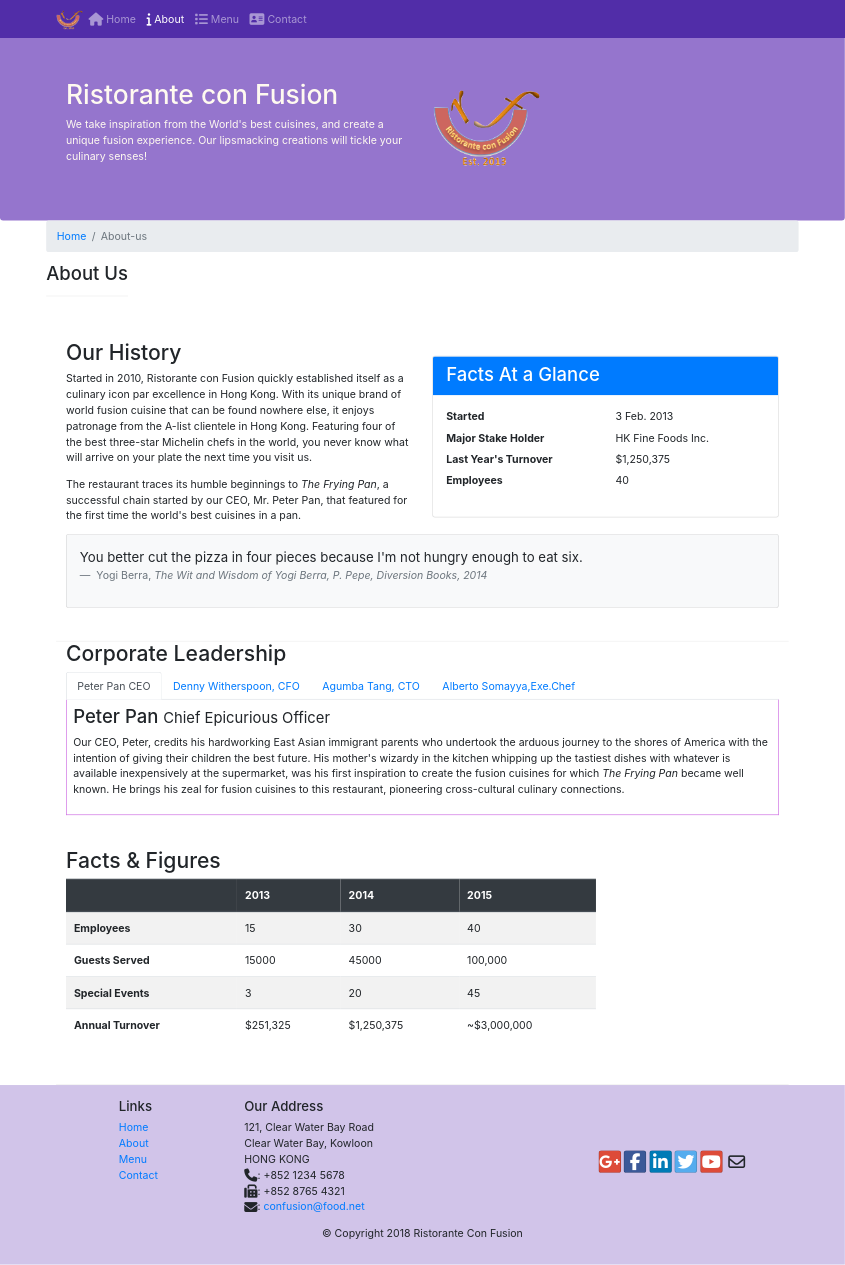
Repository: Samkiroko/Boostrap_intro
Page: about-us.html
An editor plug-in stored every save of this project. The page is shown before and after the next save, followed by the edit.
The browser window is 1280 px wide. The pictures show the whole page, at 66% of full size.
Some web libraries are served in a nearby version.

Above is the page before, as saved 2020-02-05 10:57:08.

### about-us.html
<!DOCTYPE html>
<html lang="en">
  <head>
    <!-- Required meta tags -->
    <meta charset="utf-8" />
    <meta
      name="viewport"
      content="width=device-width, initial-scale=1, shrink-to-fit=no"
    />

    <!-- Bootstrap CSS -->
    <link
      rel="stylesheet"
      href="https://stackpath.bootstrapcdn.com/bootstrap/4.4.1/css/bootstrap.min.css"
      integrity="sha384-Vkoo8x4CGsO3+Hhxv8T/Q5PaXtkKtu6ug5TOeNV6gBiFeWPGFN9MuhOf23Q9Ifjh"
      crossorigin="anonymous"
    />
    <link rel="stylesheet" href="css/bootstrap-social.css" />
    <link
      rel="stylesheet"
      href="node_modules/font-awesome/css/font-awesome.min.css"
    />
    <link
      rel="stylesheet"
      href="node_modules/bootstrap-social/bootstrap-social.css"
    />
    <link rel="stylesheet" href="css/style.css" />
    <title>Ristorante Con Fusion</title>
  </head>

  <body>
    <nav class="navbar navbar-dark navbar-expand-sm  fixed-top">
      <div class="container">
        <button
          class="navbar-toggler"
          type="button"
          data-toggle="collapse"
          data-target="#Navbar"
        >
          <span class="navbar-toggler-icon"></span>
        </button>
        <a href="#" class="navbar-brand mr-auto"
          ><img src="img/logo.png" height="30" width="41" alt=""
        /></a>
        <div class="collapse navbar-collapse" id="Navbar">
          <ul class="navbar-nav mr-auto">
            <li class="nav-item">
              <a class="nav-link" href="./index.html"
                ><span class="fa fa-home fa-lg"></span> Home</a
              >
            </li>
            <li class="nav-item active">
              <a class="nav-link" href="#"
                ><span class="fa fa-info fa-lg"></span> About</a
              >
            </li>
            <li class="nav-item">
              <a class="nav-link" href="#"
                ><span class="fa fa-list fa-lg"></span> Menu</a
              >
            </li>
            <li class="nav-item">
              <a class="nav-link" href="/contactus.html"
                ><span class="fa fa-address-card fa-lg"></span> Contact</a
              >
            </li>
          </ul>
        </div>
      </div>
    </nav>
    <header class="jumbotron">
      <div class="container">
        <div class="row row-header">
          <div class="col-12 col-sm-6">
            <h1>Ristorante con Fusion</h1>
            <p>
              We take inspiration from the World's best cuisines, and create a
              unique fusion experience. Our lipsmacking creations will tickle
              your culinary senses!
            </p>
          </div>
          <div class="col-12 col-sm align-self-center">
            <img src="img/logo.png" alt="Ristorante logo" class="img-fluid" />
          </div>
        </div>
      </div>
    </header>

    <div class="container">
      <div class="row">
        <ol class="col-12 breadcrumb">
          <li class="breadcrumb-item"><a href="/index.html">Home</a></li>
          <li class="breadcrumb-item active">About-us</li>
        </ol>
        <div>
          <h3>About Us</h3>
          <hr />
        </div>
      </div>

      <div class="row row-content align-items-center">
        <div class="col-12 col-sm-6">
          <h2>Our History</h2>
          <p>
            Started in 2010, Ristorante con Fusion quickly established itself as
            a culinary icon par excellence in Hong Kong. With its unique brand
            of world fusion cuisine that can be found nowhere else, it enjoys
            patronage from the A-list clientele in Hong Kong. Featuring four of
            the best three-star Michelin chefs in the world, you never know what
            will arrive on your plate the next time you visit us.
          </p>
          <p>
            The restaurant traces its humble beginnings to
            <em>The Frying Pan</em>, a successful chain started by our CEO, Mr.
            Peter Pan, that featured for the first time the world's best
            cuisines in a pan.
          </p>
        </div>
        <div class="col-12 col-sm-6">
          <div class="card">
            <h3 class="card-header bg-primary text-white">Facts At a Glance</h3>
            <div class="card-body">
              <dl class="row">
                <dt class="col-6">Started</dt>
                <dd class="col-6">3 Feb. 2013</dd>
                <dt class="col-6">Major Stake Holder</dt>
                <dd class="col-6">HK Fine Foods Inc.</dd>
                <dt class="col-6">Last Year's Turnover</dt>
                <dd class="col-6">$1,250,375</dd>
                <dt class="col-6">Employees</dt>
                <dd class="col-6">40</dd>
              </dl>
            </div>
          </div>
        </div>
        <div class="col-12">
          <div class="card card-body bg-light">
            <blockquote class="blockquote">
              <p class="mb-0">
                You better cut the pizza in four pieces because I'm not hungry
                enough to eat six.
              </p>
              <footer class="blockquote-footer">
                Yogi Berra,
                <cite title="Source Title"
                  >The Wit and Wisdom of Yogi Berra, P. Pepe, Diversion Books,
                  2014</cite
                >
              </footer>
            </blockquote>
          </div>
        </div>
      </div>

      <div class="col">
        <div>
          <h2>Corporate Leadership</h2>
          <ul class="nav nav-tabs">
            <li class="nav-item">
              <a
                href="#peter"
                class="nav-link active"
                role="tab"
                data-toggle="tab"
              >
                Peter Pan CEO
              </a>
            </li>
            <li class="nav-item">
              <a href="#danny" class="nav-link" role="tab" data-toggle="tab">
                Denny Witherspoon, CFO
              </a>
            </li>
            <li class="nav-item">
              <a href="#agumba" class="nav-link " role="tab" data-toggle="tab">
                Agumba Tang, CTO
              </a>
            </li>
            <li class="nav-item">
              <a href="#alberto" class="nav-link " role="tab" data-toggle="tab">
                Alberto Somayya,Exe.Chef
              </a>
            </li>
          </ul>
          <div class="tab-content">
            <div role="tabpanel" class="tab-pane fade show active" id="peter">
              <h3>Peter Pan <small>Chief Epicurious Officer</small></h3>
              <p class="d-none d-sm-block">
                Our CEO, Peter, credits his hardworking East Asian immigrant
                parents who undertook the arduous journey to the shores of
                America with the intention of giving their children the best
                future. His mother's wizardy in the kitchen whipping up the
                tastiest dishes with whatever is available inexpensively at the
                supermarket, was his first inspiration to create the fusion
                cuisines for which
                <em>The Frying Pan</em> became well known. He brings his zeal
                for fusion cuisines to this restaurant, pioneering
                cross-cultural culinary connections.
              </p>
            </div>
            <div role="tabpanel" class="tab-pane fade show " id="danny">
              <h3>
                Dhanasekaran Witherspoon <small>Chief Food Officer</small>
              </h3>
              <p class="d-none d-sm-block">
                Our CFO, Danny, as he is affectionately referred to by his
                colleagues, comes from a long established family tradition in
                farming and produce. His experiences growing up on a farm in the
                Australian outback gave him great appreciation for varieties of
                food sources. As he puts it in his own words,
                <em
                  >Everything that runs, wins, and everything that stays,
                  pays!</em
                >
              </p>
            </div>
            <div role="tabpanel" class="tab-pane fade show " id="agumba">
              <h3>Agumbe Tang <small>Chief Taste Officer</small></h3>
              <p class="d-none d-sm-block">
                Blessed with the most discerning gustatory sense, Agumbe, our
                CTO, personally ensures that every dish that we serve meets his
                exacting tastes. Our chefs dread the tongue lashing that ensues
                if their dish does not meet his exacting standards. He lives by
                his motto,
                <em>You click only if you survive my lick.</em>
              </p>
            </div>
            <div role="tabpanel" class="tab-pane fade show " id="alberto">
              <h3>Alberto Somayya <small>Executive Chef</small></h3>
              <p class="d-none d-sm-block">
                Award winning three-star Michelin chef with wide International
                experience having worked closely with whos-who in the culinary
                world, he specializes in creating mouthwatering Indo-Italian
                fusion experiences. He says,
                <em
                  >Put together the cuisines from the two craziest cultures, and
                  you get a winning hit! Amma Mia!</em
                >
              </p>
            </div>
          </div>
        </div>
      </div>
      <div class="row row-content">
        <div class="col-12 col-sm-9">
          <h2>Facts &amp; Figures</h2>
          <div class="table-responsive">
            <table class="table table-striped">
              <thead class="thead-dark">
                <tr>
                  <th>&nbsp;</th>
                  <th>2013</th>
                  <th>2014</th>
                  <th>2015</th>
                </tr>
              </thead>
              <tbody>
                <tr>
                  <th>Employees</th>
                  <td>15</td>
                  <td>30</td>
                  <td>40</td>
                </tr>
                <tr>
                  <th>Guests Served</th>
                  <td>15000</td>
                  <td>45000</td>
                  <td>100,000</td>
                </tr>
                <tr>
                  <th>Special Events</th>
                  <td>3</td>
                  <td>20</td>
                  <td>45</td>
                </tr>
                <tr>
                  <th>Annual Turnover</th>
                  <td>$251,325</td>
                  <td>$1,250,375</td>
                  <td>~$3,000,000</td>
                </tr>
              </tbody>
            </table>
          </div>
        </div>
        <div class="col-12 colsm3"></div>
      </div>
    </div>

    <footer class="footer">
      <div class="container">
        <div class="row">
          <div class="col-4 offset-1 col-sm-2">
            <h5>Links</h5>
            <ul class="list-unstyled">
              <li><a href="/index.html">Home</a></li>
              <li><a href="/about-us.html">About</a></li>
              <li><a href="#">Menu</a></li>
              <li><a href="#">Contact</a></li>
            </ul>
          </div>
          <div class="col-7 col-sm-5">
            <h5>Our Address</h5>
            <address>
              121, Clear Water Bay Road<br />
              Clear Water Bay, Kowloon<br />
              HONG KONG<br />
              <i class="fa fa-phone fa-lg"></i>: +852 1234 5678<br />
              <i class="fa fa-fax fa-lg"></i>: +852 8765 4321<br />
              <i class="fa fa-envelope fa-lg"></i>:
              <a href="mailto:confusion@food.net">confusion@food.net</a>
            </address>
          </div>
          <div class="col-12 col-sm-4 align-self-center">
            <div class="text-center">
              <div class="text-center">
                <a
                  class="btn btn-social-icon btn-google"
                  href="http://google.com/+"
                  ><i class="fa fa-google-plus"></i
                ></a>
                <a
                  class="btn btn-social-icon btn-facebook"
                  href="http://www.facebook.com/profile.php?id="
                  ><i class="fa fa-facebook"></i
                ></a>
                <a
                  class="btn btn-social-icon btn-linkedin"
                  href="http://www.linkedin.com/in/"
                  ><i class="fa fa-linkedin"></i
                ></a>
                <a
                  class="btn btn-social-icon btn-twitter"
                  href="http://twitter.com/"
                  ><i class="fa fa-twitter"></i
                ></a>
                <a
                  class="btn btn-social-icon btn-google"
                  href="http://youtube.com/"
                  ><i class="fa fa-youtube"></i
                ></a>
                <a class="btn btn-social-icon" href="mailto:"
                  ><i class="fa fa-envelope-o"></i
                ></a>
              </div>
            </div>
          </div>
        </div>
        <div class="row justify-content-center">
          <div class="col-auto">
            <p>© Copyright 2018 Ristorante Con Fusion</p>
          </div>
        </div>
      </div>
    </footer>
    <!-- Optional JavaScript -->
    <!-- jQuery first, then Popper.js, then Bootstrap JS -->
    <script
      src="https://code.jquery.com/jquery-3.4.1.slim.min.js"
      integrity="sha384-J6qa4849blE2+poT4WnyKhv5vZF5SrPo0iEjwBvKU7imGFAV0wwj1yYfoRSJoZ+n"
      crossorigin="anonymous"
    ></script>
    <script
      src="https://cdn.jsdelivr.net/npm/popper.js@1.16.0/dist/umd/popper.min.js"
      integrity="sha384-Q6E9RHvbIyZFJoft+2mJbHaEWldlvI9IOYy5n3zV9zzTtmI3UksdQRVvoxMfooAo"
      crossorigin="anonymous"
    ></script>
    <script
      src="https://stackpath.bootstrapcdn.com/bootstrap/4.4.1/js/bootstrap.min.js"
      integrity="sha384-wfSDF2E50Y2D1uUdj0O3uMBJnjuUD4Ih7YwaYd1iqfktj0Uod8GCExl3Og8ifwB6"
      crossorigin="anonymous"
    ></script>
  </body>
</html>

### css/style.css
body {
  padding: 50px 0px 0px 0px;
  z-index: 0;
}

.navbar-dark {
  background-color: #512da8;
}

.tab-content {
  border-left: 1px solid #ce6be2;
  border-right: 1px solid #ce6be2;
  border-bottom: 1px solid #ce6be2;
  padding: 10px;
}

.row-header {
  margin: 0px auto;
  padding: 0px auto;
}

.row-content {
  margin: 0px auto;
  padding: 50px 0px 50px 0px;
  border-bottom: 1px ridge;
  min-height: 400px;
}
.footer {
  background-color: #d1c4e9;
  margin: 0px auto;
  padding: 20px 0px 20px 0px;
}
.jumbotron {
  padding: 70px 30px 70px 30px;
  margin: 0px auto;
  background-color: #9575cd;
  color: floralwhite;
}
.address {
  font-size: 80%;
  margin: 0px;
  color: #0f0f0f;
}

Loaded but not shown: css/bootstrap-social.css (library)

After the next save:
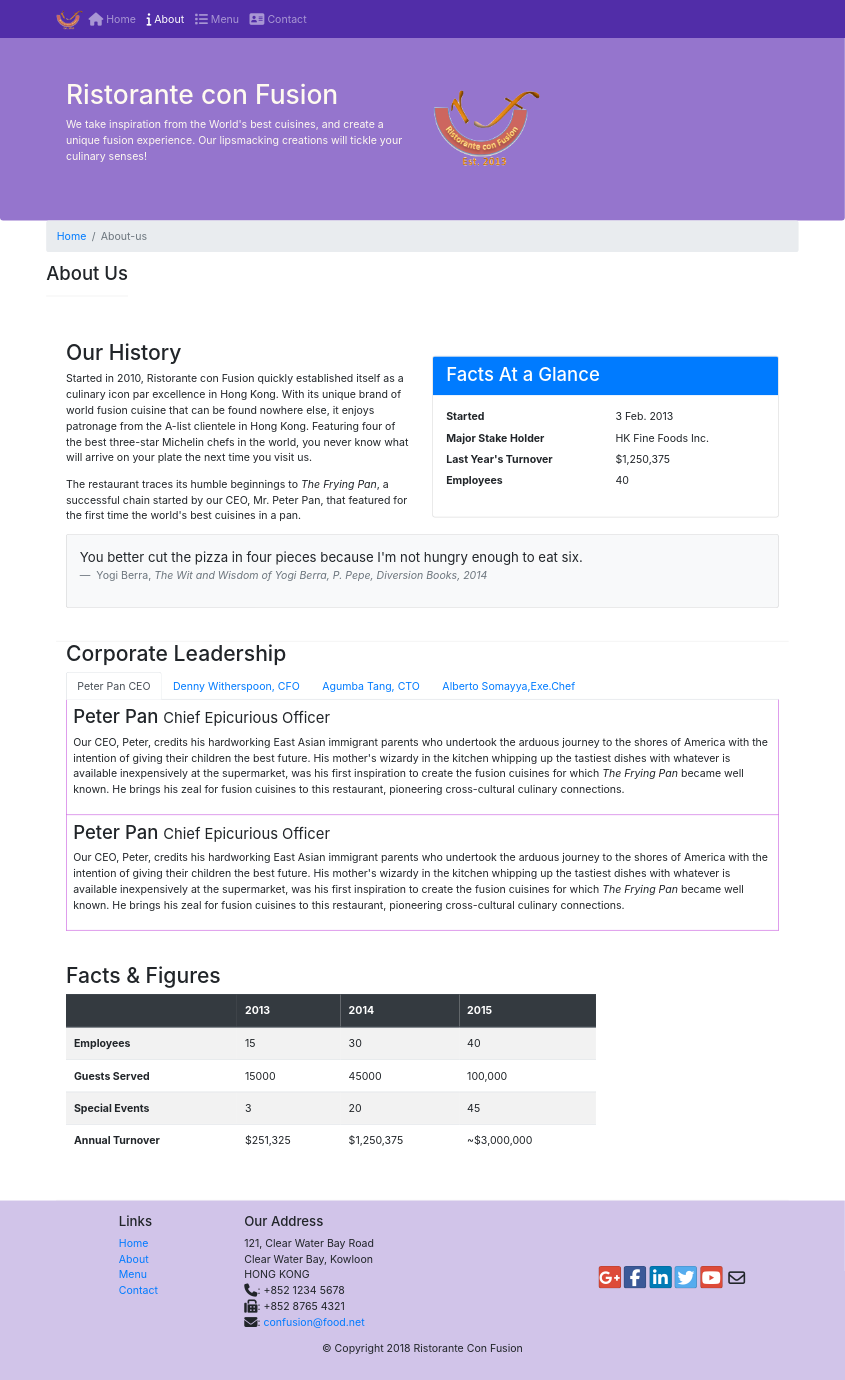
Saved 18 min 54 s later.
--- a/about-us.html
+++ b/about-us.html
@@ -182,6 +182,63 @@
               </a>
             </li>
           </ul>
+          <div class="tab-content">
+            <div role="tabpanel" class="tab-pane fade show active" id="peter">
+              <h3>Peter Pan <small>Chief Epicurious Officer</small></h3>
+              <p class="d-none d-sm-block">
+                Our CEO, Peter, credits his hardworking East Asian immigrant
+                parents who undertook the arduous journey to the shores of
+                America with the intention of giving their children the best
+                future. His mother's wizardy in the kitchen whipping up the
+                tastiest dishes with whatever is available inexpensively at the
+                supermarket, was his first inspiration to create the fusion
+                cuisines for which
+                <em>The Frying Pan</em> became well known. He brings his zeal
+                for fusion cuisines to this restaurant, pioneering
+                cross-cultural culinary connections.
+              </p>
+            </div>
+            <div role="tabpanel" class="tab-pane fade show " id="danny">
+              <h3>
+                Dhanasekaran Witherspoon <small>Chief Food Officer</small>
+              </h3>
+              <p class="d-none d-sm-block">
+                Our CFO, Danny, as he is affectionately referred to by his
+                colleagues, comes from a long established family tradition in
+                farming and produce. His experiences growing up on a farm in the
+                Australian outback gave him great appreciation for varieties of
+                food sources. As he puts it in his own words,
+                <em
+                  >Everything that runs, wins, and everything that stays,
+                  pays!</em
+                >
+              </p>
+            </div>
+            <div role="tabpanel" class="tab-pane fade show " id="agumba">
+              <h3>Agumbe Tang <small>Chief Taste Officer</small></h3>
+              <p class="d-none d-sm-block">
+                Blessed with the most discerning gustatory sense, Agumbe, our
+                CTO, personally ensures that every dish that we serve meets his
+                exacting tastes. Our chefs dread the tongue lashing that ensues
+                if their dish does not meet his exacting standards. He lives by
+                his motto,
+                <em>You click only if you survive my lick.</em>
+              </p>
+            </div>
+            <div role="tabpanel" class="tab-pane fade show " id="alberto">
+              <h3>Alberto Somayya <small>Executive Chef</small></h3>
+              <p class="d-none d-sm-block">
+                Award winning three-star Michelin chef with wide International
+                experience having worked closely with whos-who in the culinary
+                world, he specializes in creating mouthwatering Indo-Italian
+                fusion experiences. He says,
+                <em
+                  >Put together the cuisines from the two craziest cultures, and
+                  you get a winning hit! Amma Mia!</em
+                >
+              </p>
+            </div>
+          </div>
           <div class="tab-content">
             <div role="tabpanel" class="tab-pane fade show active" id="peter">
               <h3>Peter Pan <small>Chief Epicurious Officer</small></h3>
